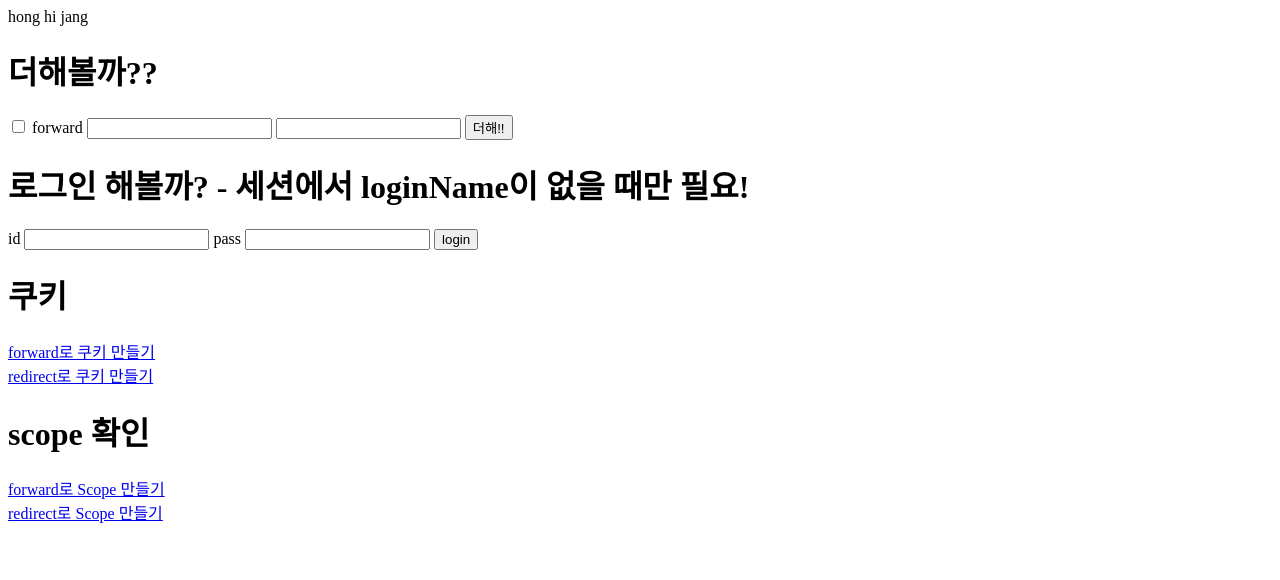
Repository: bgmun01/woorifisa_java
Page: http://localhost/web_day3/
The author's editor kept a copy of each file at every save. The page is drawn from the files as they stood at one save, then again after the next save.
The browser window is 1280 px wide. The pictures show the whole page.
The page is served by Tomcat 9. Other server files are loaded and not shown.

Above is the page before, as saved 2023-06-19 06:39:10.

### web_day3/src/main/webapp/index.jsp
<%@ page language="java" contentType="text/html; charset=UTF-8"
    pageEncoding="UTF-8"%>
    <%@ taglib prefix="c" uri="http://java.sun.com/jsp/jstl/core" %>
<c:set var = "root" value="${pageContext.servletContext.contextPath }"></c:set>
<!DOCTYPE html>
<html>
<head>
<meta charset="UTF-8">
<title>Insert title here</title>
</head>
<body>
	<%
	// scriptlet : _jsp service의 local 영역 !! 로컬변수 선언을 쓸 수 있다?
		String name = "hong";
	//	request. //이미 만들어져 있어서 사용할 수 있다.
	%>
	<!--  expression -->
	<%-- jsp 주석을 클라이언트에 보내지 않음 따라서 jsp 주석을 사용해야함 해야 html에 남아있지 않음 --%>
	<%=name %>

	<%!
	// <%! - declaration tag : member 변수, 메서드 구성 클래스영역
		public String hi(String name){
		return "hi " +name;
	}
	%>
	<%=hi("jang") %>

	<h1>더해볼까??</h1>
	<form action = "${root }/Add" method="get">
		<input type = "checkbox" name = "type" value = "forward" id = "type">
		<label for = "type"> forward </label>
		<input name = "num1" type="text">
		<input name = "num2" type="text">
		<input type = "submit" value="더해!!">
 	</form>

	<c:if test="${empty loginName}">   <h1>로그인 해볼까? - 세션에서 loginName이 없을 때만 필요!</h1>
   <form action="${root }/login" method="post">
      <label for="type">id</label>
      <input type="text" name="id">
      <label for="type">pass</label>
      <input type="password" name="pass">
      <input type="submit" value="login">
   </form>
   </c:if>


<%
      if(session.getAttribute("loginName") == null) {
   %>

   <%} else {%>
    <%= session.getAttribute("loginName") %>님 반갑습니다.
    <a href="${root }/logout">로그아웃</a>
    <%
    }%>






	<h1>쿠키</h1>
	<a href="${root }/CookieMaker?type=forward">forward로 쿠키 만들기</a><br>
	<a href="${root }/CookieMaker?type=redirect?">redirect로 쿠키 만들기</a><br>


	<h1>scope 확인</h1>
	<a href="${root }/FirstServlet?type=forward">forward로 Scope 만들기</a><br>
	<a href="${root }/FirstServlet?type=redirect?">redirect로 Scope 만들기</a><br>

</body>
</html>

After the next save:
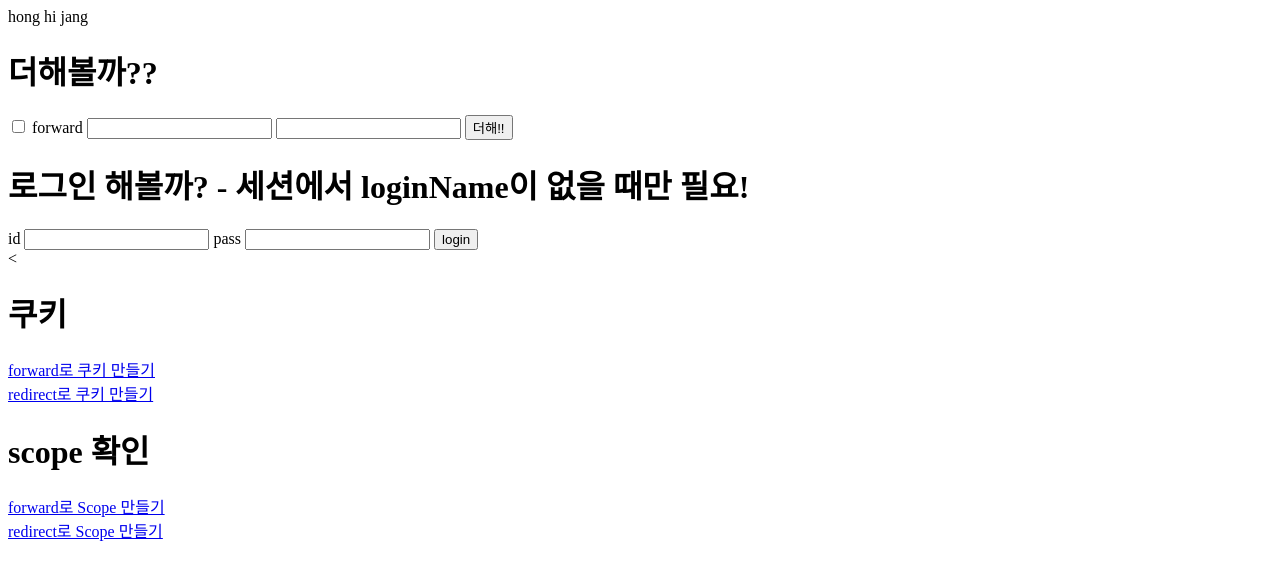
Saved 95 s later.
--- a/web_day3/src/main/webapp/index.jsp
+++ b/web_day3/src/main/webapp/index.jsp
@@ -44,15 +44,17 @@
       <input type="submit" value="login">
    </form>
    </c:if>
-
+<	<c:if test="${!empty loginName }">
+ 		$("loginName") %>님 반갑습니다.
+   		<a href="${root }/logout">로그아웃</a>
+    </c:if>
 
 <%
       if(session.getAttribute("loginName") == null) {
    %>
 
    <%} else {%>
-    <%= session.getAttribute("loginName") %>님 반갑습니다.
-    <a href="${root }/logout">로그아웃</a>
+
     <%
     }%>
 
